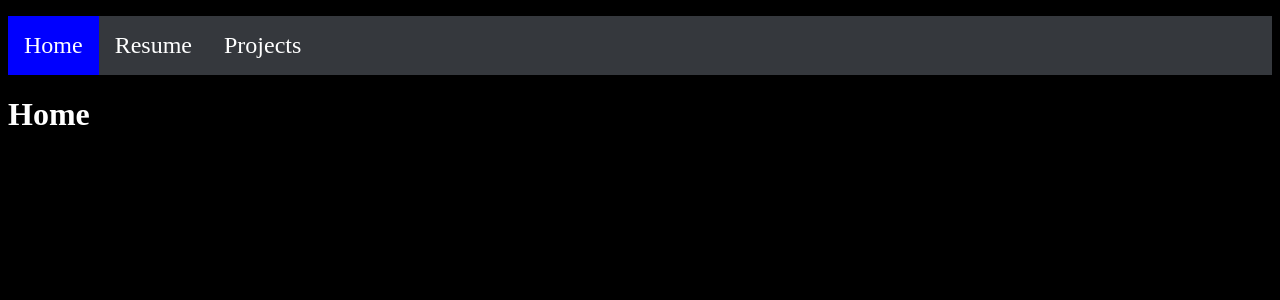
Repository: MasonSingleterry/MasonSingleterry.github.io
Page: index.html
The author's editor kept a record of every edit. The page is drawn from the files as they stood at one moment, then again after the next edit.
The browser window is 1280 px wide. The pictures show the whole page.

Above is the page before.

### index.html
<!DOCTYPE html>
<html>
    <head>
        <title>Home</title>
        <link rel = "stylesheet" type = "text/css" href = "style.css"
    </head>
    <body class = "body">
        <ul class = "navbar">
            <li class = "active"><a href = "/index.html">Home</a></li>
            <li><a href = "resume.html">Resume</a></li>
            <li class = "dropdown">
                <div>Projects</div>
                <ul class = "dropdown-content">
                    <li><a href = "/project1.hmtl">project 1</a></li>
                    <li><a href = "/project2.html">project 2</a></li>
                    <li><a href = "/project3.html">project 3</a></li>
                </ul>
            </li>

        </ul>
        <h1>Home</h1>
    </body>
</html>

### style.css
            /*RESUME*/
            .body {
                background-color: #000000;
                color: #FFFFFF;
            }

            .navbar {
                list-style: none;
                background-color: #35383d;
                overflow: hidden;
                padding: 0;
            }

            .navbar a, .dropdown div {
                text-decoration: none;
                color: #ffffff;
                font-size: 24px;
                padding: 16px;
                display: inline-block;
            }

            .navbar li {
                float: left;
            }

            .navbar li:hover {
                background-color: #7FFF00;
            }

            .dropdown-content {
                list-style: none;
                padding: 0;
                display: none;
                position: absolute;
                Z-index: 1;
            }
            .dropdown-content li {
                background-color: #35383d;
                float: none;
            }

            .dropdown:hover .dropdown-content {
                display: block;
            }

            .active {
                background-color: blue;
            }
            /*Index*/
            .body {
                background-color: #000000;
                color: #FFFFFF;
            }

            .navbar {
                list-style: none;
                background-color: #35383d;
                overflow: hidden;
                padding: 0;
            }

            .navbar a, .dropdown div {
                text-decoration: none;
                color: #ffffff;
                font-size: 24px;
                padding: 16px;
                display: inline-block;
            }

            .navbar li {
                float: left;
            }

            .navbar li:hover {
                background-color: #7FFF00;
            }

            .dropdown-content {
                list-style: none;
                padding: 0;
                display: none;
                position: absolute;
                Z-index: 1;
            }
            .dropdown-content li {
                background-color: #35383d;
                float: none;
            }

            .dropdown:hover .dropdown-content {
                display: block;
            }

            .active {
                background-color: blue;
            }

After the next edit:
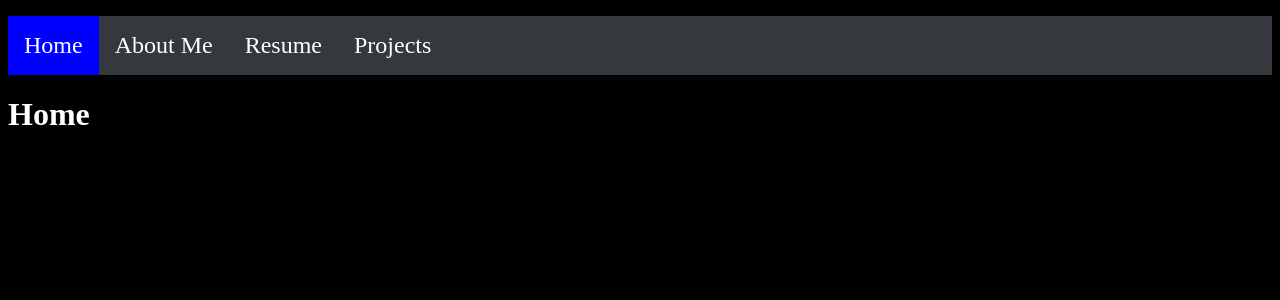
The edit:
--- a/index.html
+++ b/index.html
@@ -6,7 +6,8 @@
     </head>
     <body class = "body">
         <ul class = "navbar">
-            <li class = "active"><a href = "/index.html">Home</a></li>
+            <li class = "active"><a href = "index.html">Home</a></li>
+            <li><a = href"aboutme.html">About Me</a></li>
             <li><a href = "resume.html">Resume</a></li>
             <li class = "dropdown">
                 <div>Projects</div>
